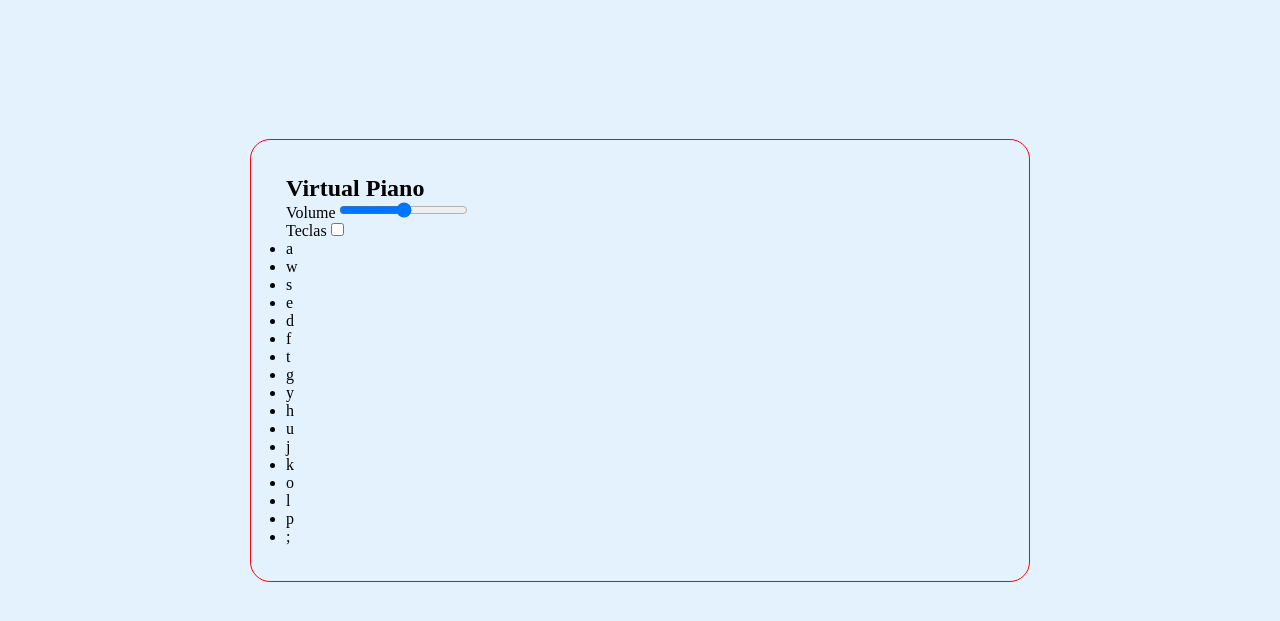
Repository: gustavotwist/simulador-piano
Page: index.html
The author's editor kept a copy of each file at every save. The page is drawn from the files as they stood at one save, then again after a run of saves.
The browser window is 1280 px wide. The pictures show the whole page.

Above is the page before, as saved 2024-11-27 18:34:51.

### index.html
<!DOCTYPE html>
<html lang="pt-br">
<head>
    <meta charset="UTF-8">
    <meta name="viewport" content="width=device-width, initial-scale=1.0">
    <title>Piano Simulator</title>

    <link rel="stylesheet" href="./src/styles/reset.css">
    <link rel="stylesheet" href="./src/styles/main.css">
</head>

<body>
    <div class="container">
        <header>
            <h2>Virtual Piano</h2>
            <div class="column volume-slider">
                <span>Volume</span> <input type="range">
            </div>
            <div class="column keys-check">
                <span>Teclas</span> <input type="checkbox" cheked>
            </div>
        </header>
        <ul class="piano-keys">
            <li class="key"><span>a</span></li>
            <li class="key"><span>w</span></li>
            <li class="key white"><span>s</span></li>
            <li class="key black"><span>e</span></li>
            <li class="key white"><span>d</span></li>
            <li class="key black"><span>f</span></li>
            <li class="key white"><span>t</span></li>
            <li class="key black"><span>g</span></li>
            <li class="key white"><span>y</span></li>
            <li class="key black"><span>h</span></li>
            <li class="key white"><span>u</span></li>
            <li class="key black"><span>j</span></li>
            <li class="key white"><span>k</span></li>
            <li class="key black"><span>o</span></li>
            <li class="key white"><span>l</span></li>
            <li class="key black"><span>p</span></li>
            <li class="key white"><span>;</span></li>
        </ul>

    </div>

    <script src="./src/scripts/engine.js"></script>
</body>
</html>

### src/styles/main.css
body {
    display: flex;
    align-items: center;
    justify-content: center;
    min-height: 100vh;
    background-color: #e3f2fd;
}

.container {
    width: 780px;
    border-radius: 20px;
    padding: 35px;
    border: 1px solid red;
}

Loaded but not shown: src/styles/reset.css (common file); src/scripts/engine.js (no copy from this time; the picture is the same without it)

After the next 2 saves:
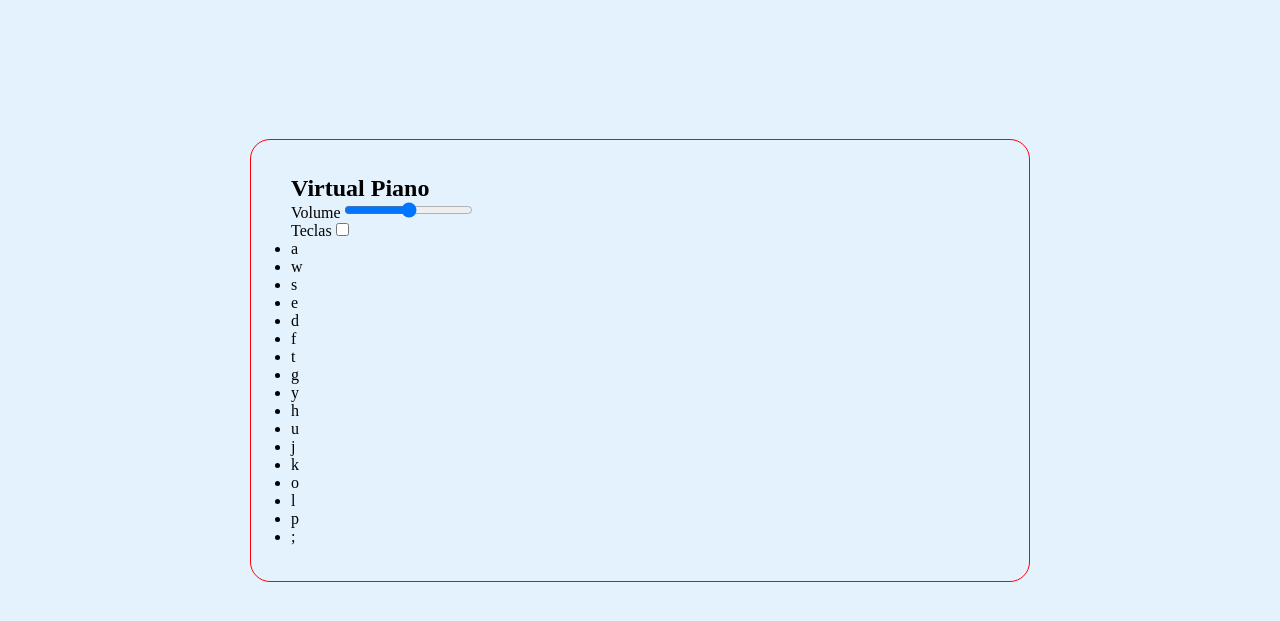
The 2 saves are shown as one change because they came seconds apart.
The last was saved 14 s later.
--- a/src/styles/main.css
+++ b/src/styles/main.css
@@ -9,6 +9,6 @@ body {
 .container {
     width: 780px;
     border-radius: 20px;
-    padding: 35px;
+    padding: 35px 40px;
     border: 1px solid red;
 }
